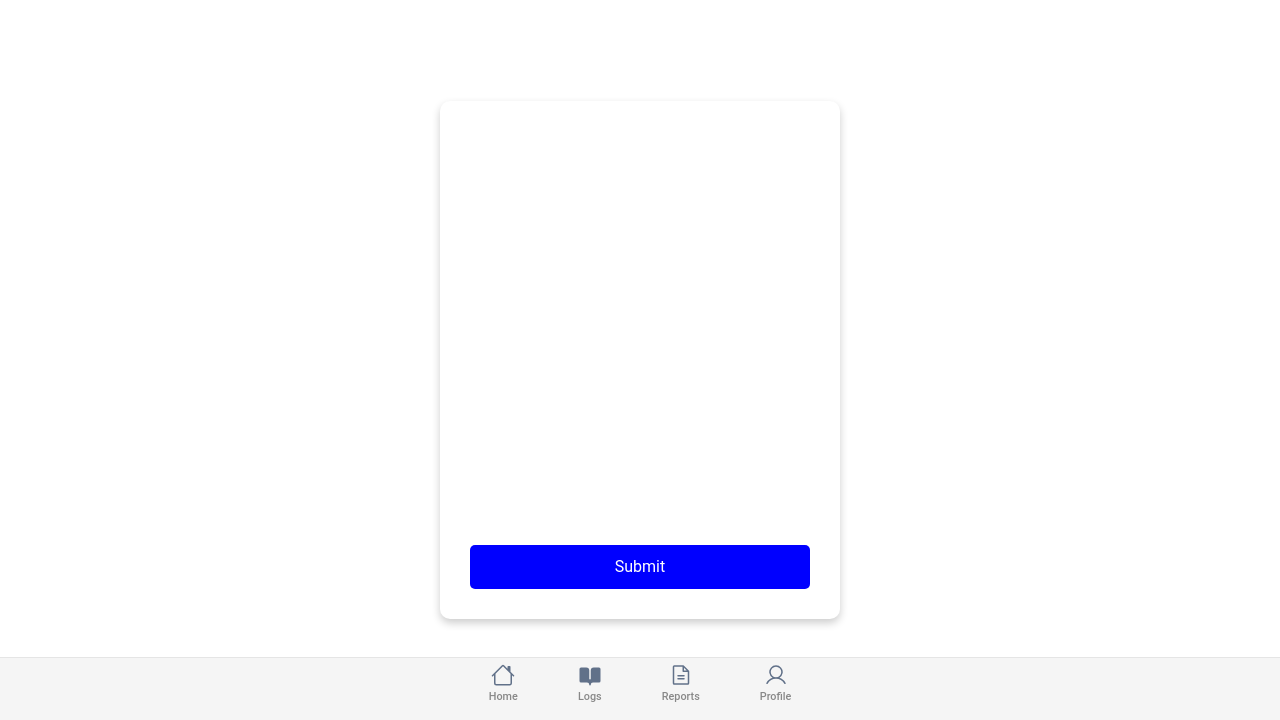
Repository: shash0708/GMR-Lines
Page: /signup (app in frontend/)
The author's editor kept a copy of each file at every save. The page is drawn from the files as they stood at one save, then again after the next save.
The browser window is 1280 px wide. The pictures show the whole page.
The page's requests for data from a server got no answer. Some web libraries are served in a nearby version. The project was rebuilt for these pictures with package versions that can differ from the ones it lists, and the page was loaded fresh each time. No one was signed in, and anything a server would have sent is missing. Also part of the build but not shown: frontend/src/components/Home/Car.css, frontend/src/components/Home/Car.jsx, frontend/src/components/Home/Home.css, frontend/src/components/Home/Home.component.jsx, frontend/src/components/Form/Form.component.jsx, frontend/src/components/Profile/Profile.jsx, frontend/src/components/Card/Card.jsx, frontend/src/components/Card/Card.css and 10 more.

Above is the page before, as saved 2024-10-20 14:32:28.

After the next save:
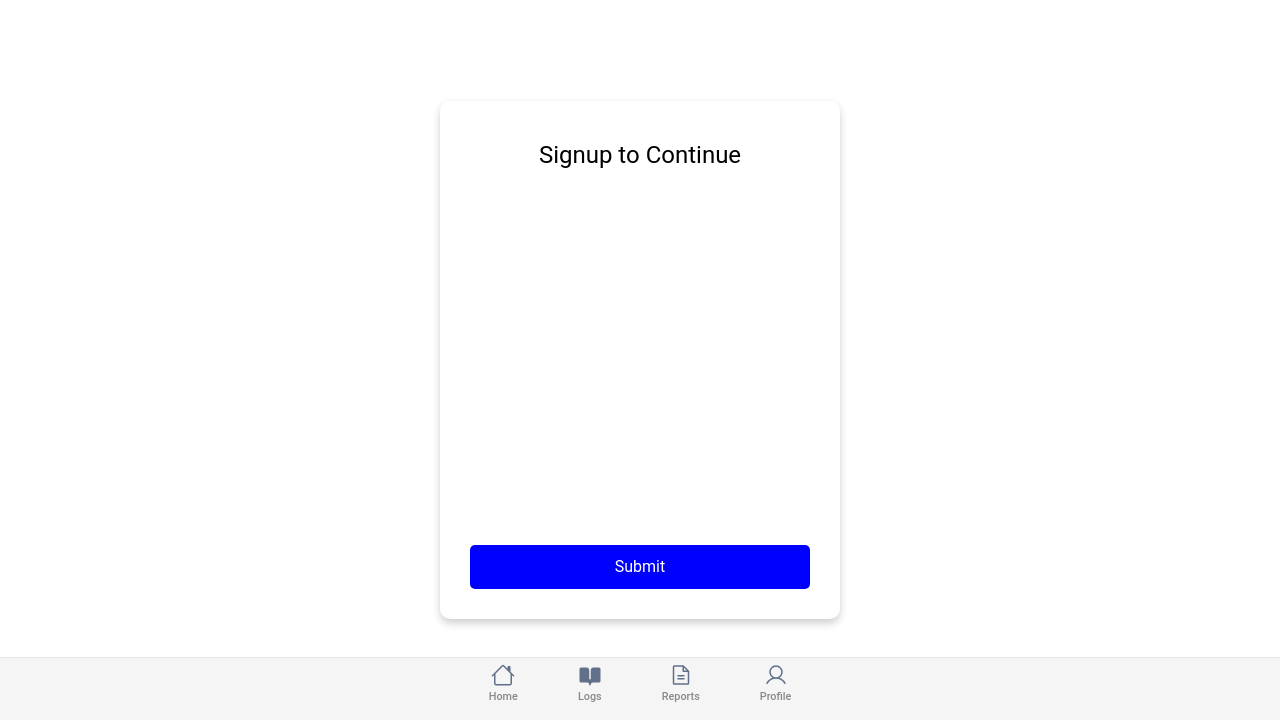
Saved 15 s later.
--- a/frontend/src/components/SignUp/Signup.component.jsx
+++ b/frontend/src/components/SignUp/Signup.component.jsx
@@ -9,7 +9,7 @@ const Container = styled.div`
   display: flex;
   justify-content: center;
   align-items: center;
-  color: white; /* Make text white */
+  color: black; /* Make text white */
   /* background: url('assets/signup-background.jpg') no-repeat center center fixed; */
   background-size: cover;
 `;
